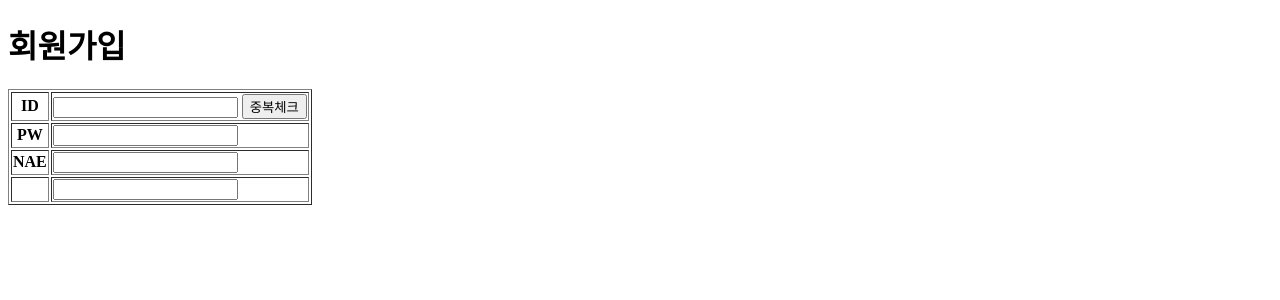
Repository: leedh909/Academy-web-
Page: http://localhost/Jsp04_LoginBoard/registform.jsp
The author's editor kept a copy of each file at every save. The page is drawn from the files as they stood at one save, then again after the next save.
The browser window is 1280 px wide. The pictures show the whole page.
The page is served by Tomcat 9. Other server files are loaded and not shown.

Above is the page before, as saved 2020-07-02 04:48:08.

### 실습자료/eclipse-servlet/Jsp04_LoginBoard/WebContent/registform.jsp
<%@ page language="java" contentType="text/html; charset=UTF-8"
    pageEncoding="UTF-8"%>

<% request.setCharacterEncoding("UTF-8");%>
<% response.setContentType("text/html; charset=UTF-8"); %>


<!DOCTYPE html>
<html>
<head>
<meta charset="UTF-8">
<title>Insert title here</title>
</head>
<body>
	<h1>회원가입</h1>
	<form action="logincontroller.jsp" method="post">
		<input type="hidden" name="command" value="insertuser">
		<table border="1">
			<tr>
				<th>ID</th>
				<td>
					<input type="text" name="myid" title="n" required="required">
					<input type="button" value="중복체크" onclick="idChk();">
				</td>
			</tr>
			<tr>
				<th>PW</th>
				<td><input type="text" name="mypw" onclick="idChkConfirm();" required="required"></td>
			</tr>
			<tr>
				<th>NAE</th>
				<td><input type="text" name="myname" onclick="idChkConfirm();" required="required"></td>
			</tr>
			<tr>
				<th></th>
				<td><input type="text" name="mypw" onclick="idChkConfirm();" required="required"></td>
			</tr>

		</table>
	</form>

</body>
</html>

After the next save:
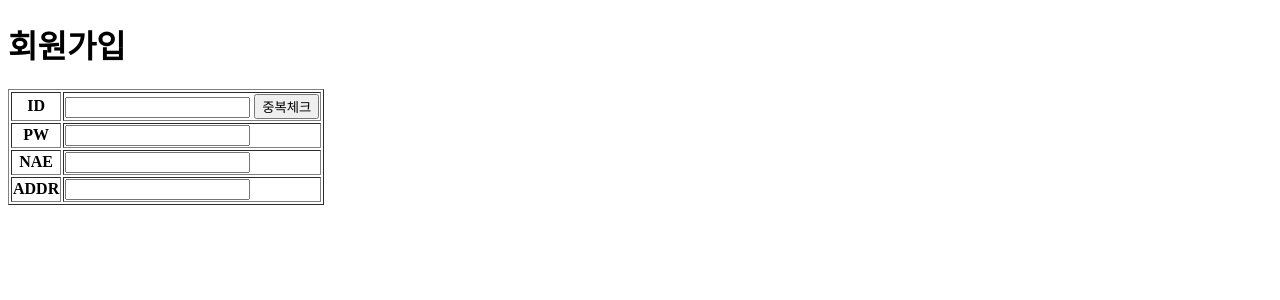
Saved 7 s later.
--- a/실습자료/eclipse-servlet/Jsp04_LoginBoard/WebContent/registform.jsp
+++ b/실습자료/eclipse-servlet/Jsp04_LoginBoard/WebContent/registform.jsp
@@ -32,8 +32,8 @@
 				<td><input type="text" name="myname" onclick="idChkConfirm();" required="required"></td>
 			</tr>
 			<tr>
-				<th></th>
-				<td><input type="text" name="mypw" onclick="idChkConfirm();" required="required"></td>
+				<th>ADDR</th>
+				<td><input type="text" name="myaddr" onclick="idChkConfirm();" required="required"></td>
 			</tr>
 
 		</table>
